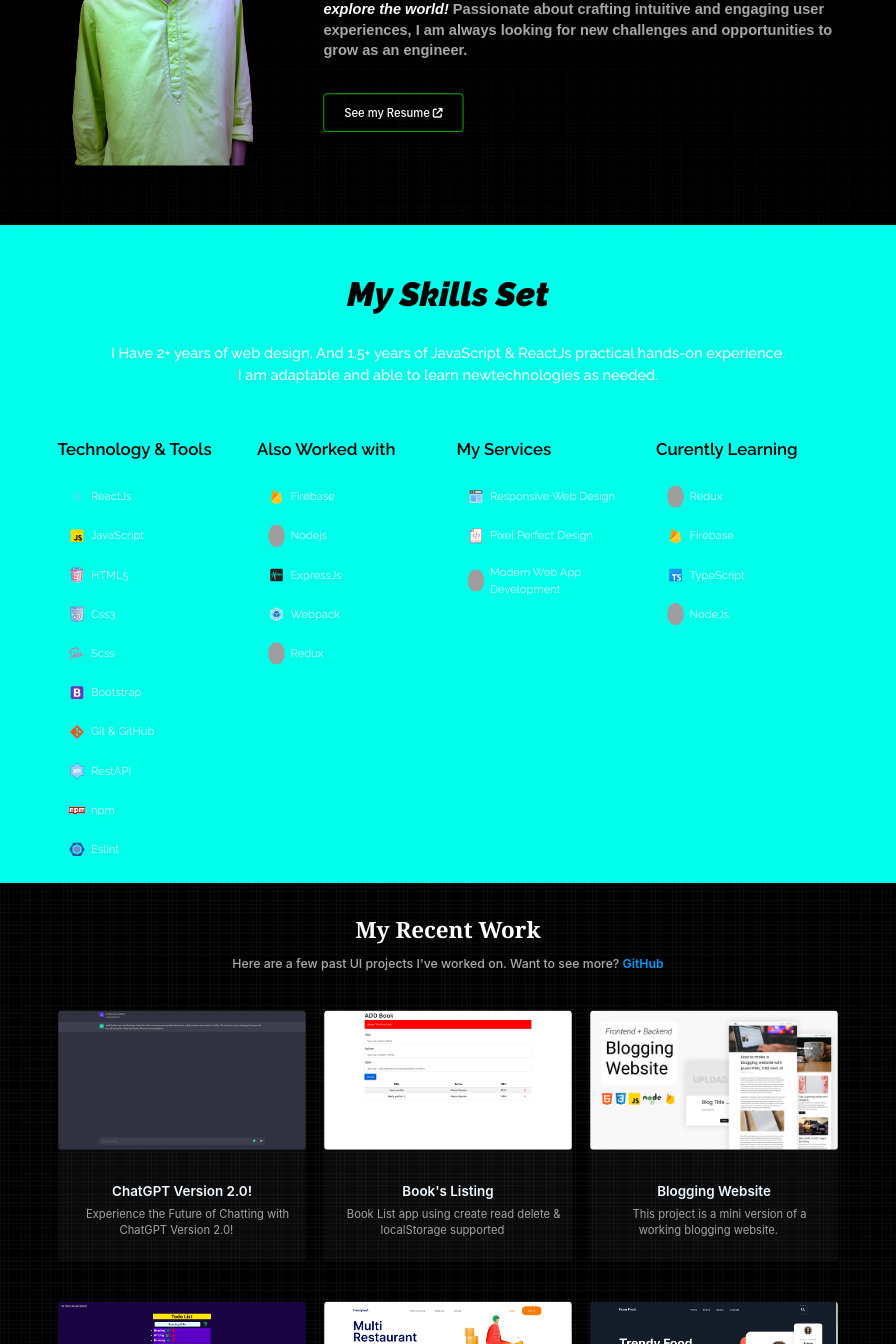
Repository: badhon252/my-portfolio
Page: /
The author's editor kept a copy of each file at every save. The page is drawn from the files as they stood at one save, then again after the next save.
The browser window is 1280 px wide. The pictures show the part of the page from y = 329 to 2249 px (the page is 3679 px tall), at 70% of full size.
Pictures or frames that could not be fetched are drawn as grey boxes. Some web fonts or font styles are not loaded; a fallback is used. The project was rebuilt for these pictures with package versions that can differ from the ones it lists, and the page was loaded fresh each time.

Above is the page before, as saved 2023-02-14 19:14:08.

After the next save:
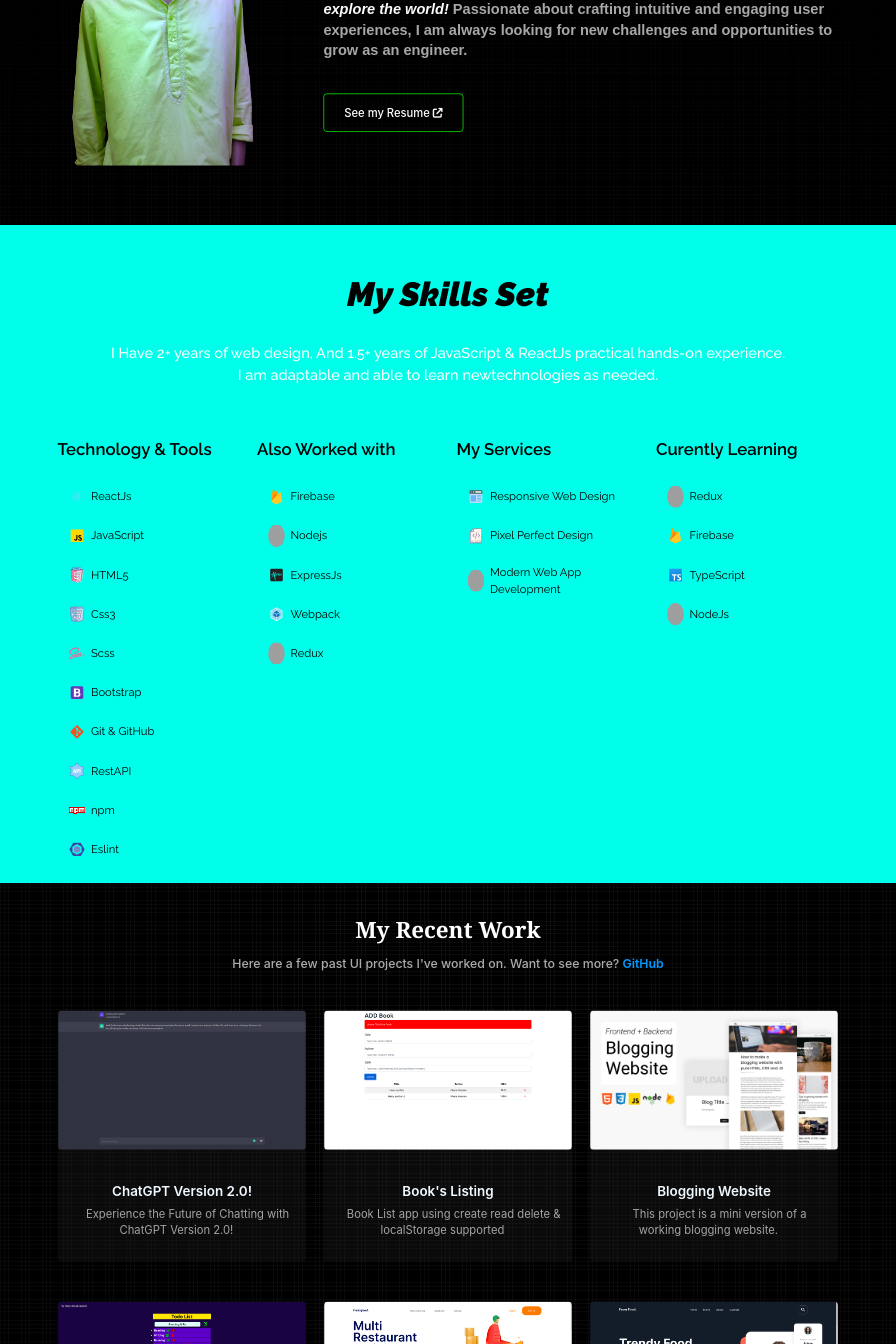
Saved 26 s later.
--- a/src/Components/Home/Skill/Skill.css
+++ b/src/Components/Home/Skill/Skill.css
@@ -40,7 +40,7 @@
 .skillSet li {
     list-style-type: none;
     margin: 0.5rem 1rem;
-    color: #ffffffda;
+    /* color: #ffffffda; */
     transition: .4s;
     display: flex;
     align-items: center;
@@ -53,7 +53,7 @@
 }
 
 .skillSet:hover li {
-    color: #ffffff;
+    /* color: #ffffff; */
     transform: translateY(-5px);
 }
 
